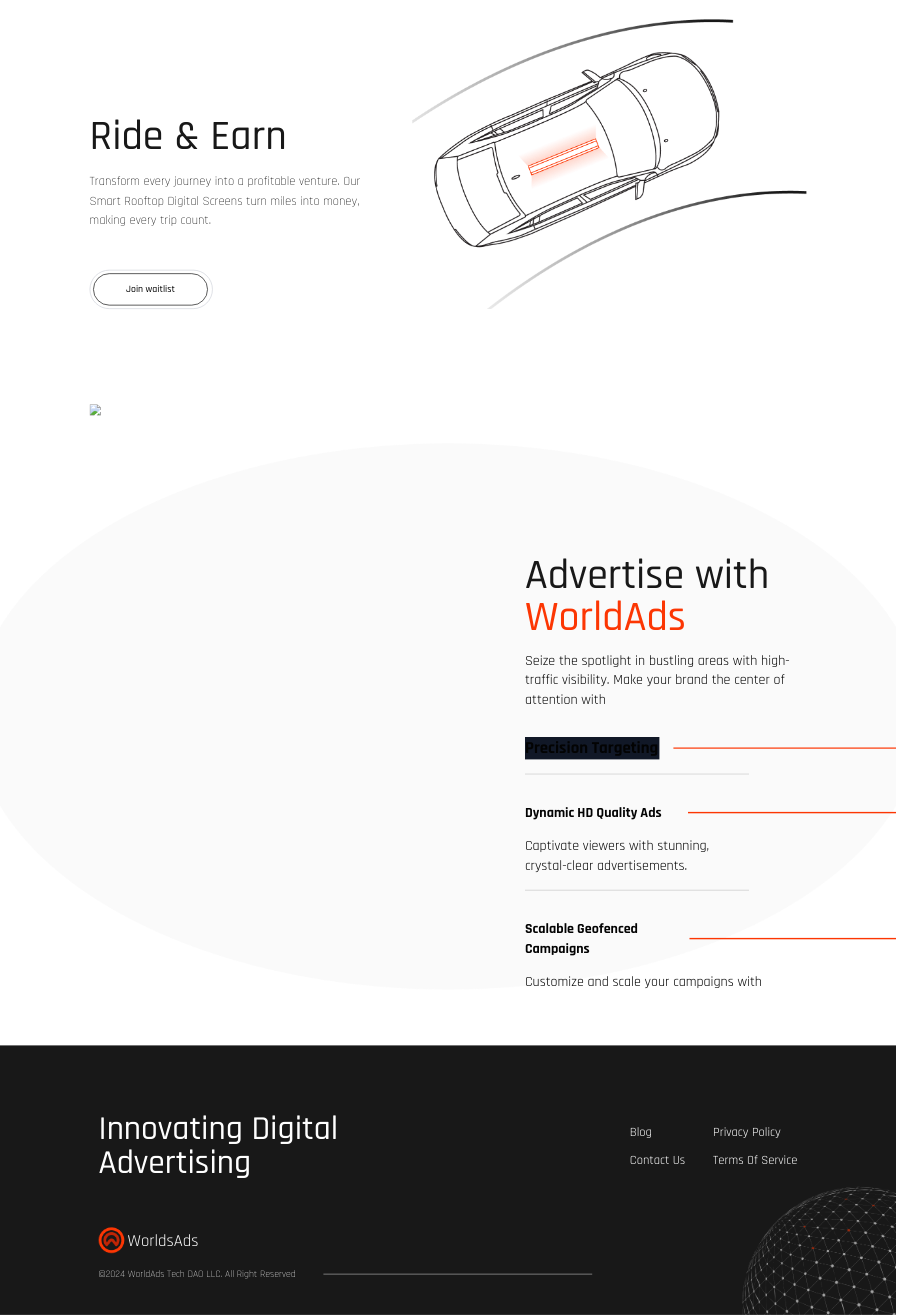
Repository: Abdul-Hannan232/worldAds
Page: /
An editor plug-in stored every save of this project. The page is shown before and after the next save, followed by the edit.
The browser window is 1280 px wide. The page is 1283 px wide, so the pictures cover 1283 px, including what lies to the right of the window. The pictures show the part of the page from y = 2099 to 3979 px (the page is 3979 px tall), at 70% of full size.
An inner scrolling area shows only its first screen. The project was rebuilt for these pictures with package versions that can differ from the ones it lists, and the page was loaded fresh each time. The framework's server and built-in components were replaced by stand-ins that run in the browser. Also part of the build but not shown: next.config.mjs, app/component/NavContent.jsx.

Above is the page before, as saved 2024-05-09 20:32:00.

### app/page.tsx
import Image from "next/image";
import Header from "./component/Header"
import Main from "./component/Main";
import NavContent from "./component/NavContent";
import Advertise from "./component/advertise"
import Footer from "./component/footer"
import NodeOperator  from "./component/nodeOperator"
import RideEarn from "./component/rideEarn"
export default function Home() {
  return (
    <>
      <div>
        <Header />
        <Main />

        <NodeOperator/>
     <RideEarn/>
      <Advertise/>
      <Footer/>
      </div>
    </>
  );
}

### app/globals.css
@import url('https://fonts.googleapis.com/css2?family=Exo+2:ital,wght@0,100..900;1,100..900&family=Rajdhani:wght@300;400;500;600;700&display=swap');

@tailwind base;
@tailwind components;
@tailwind utilities;
html{
  scroll-behavior: smooth;
}
*{
  font-family: "Rajdhani", sans-serif;
  font-weight: 400;
  font-style: normal;
}
.background{
  background-image: url("/background.png");
  background-position: center;
  background-repeat: no-repeat;
  background-size: cover;

}
:root {
  --foreground-rgb: 0, 0, 0;
  --background-start-rgb: 214, 219, 220;
  --background-end-rgb: 255, 255, 255;
}

@media (prefers-color-scheme: dark) {
  :root {
    --foreground-rgb: 255, 255, 255;
    --background-start-rgb: 0, 0, 0;
    --background-end-rgb: 0, 0, 0;
  }
}

/* body {
  color: rgb(var(--foreground-rgb));
  background: linear-gradient(
      to bottom,
      transparent,
      rgb(var(--background-end-rgb))
    )
    rgb(var(--background-start-rgb));
} */

@layer utilities {
  .text-balance {
    text-wrap: balance;
  }
}

@font-face {
  font-family: 'font1';
  src: url('/assets/fonts/conthrax-sb.otf');
}

.font1{
  font-family: "font1" !important;
}

*{
  box-sizing: border-box !important
}

.gradient-color{
  background: radial-gradient(50% 50% at 50% 50%, #FC3603 11%, #BF2506 100%) !important;

}

### app/component/Header.jsx
"use client"
import React, { useState, useEffect } from 'react';
import NavContent from './NavContent';
import { RxCross2 } from "react-icons/rx";

const Header = () => {
    const [isDrawerOpen, setIsDrawerOpen] = useState(false);
    const [isHeaderFixed, setIsHeaderFixed] = useState(false);
    const [open, setOpen] = useState(false);

    const handleDrawerToggle = () => {
        setIsDrawerOpen(!isDrawerOpen);
        console.log('Drawer open state:', isDrawerOpen);
    };

    const dropDownOpen = () => {
        setOpen(!open);
    }

    useEffect(() => {
        const handleScroll = () => {
            const scrollPosition = window.scrollY;

            if (scrollPosition > 10) {
                setIsHeaderFixed(true);
            } else {
                setIsHeaderFixed(false);
            }
        };

        window.addEventListener('scroll', handleScroll);

        return () => {
            window.removeEventListener('scroll', handleScroll);
        };
    }, []);

    const scrollToSection = (sectionId) => {
        const section = document.getElementById(sectionId);
        if (section) {
            const topOffset = section.offsetTop;
            const windowHeight = window.innerHeight;
            const scrollTo = topOffset - (windowHeight / 2 - section.offsetHeight / 2);
            window.scrollTo({ top: scrollTo, behavior: 'smooth' });
        }
    };

    return (
        <div className={`fixed w-full z-40 ${isHeaderFixed ? 'bg-red-600 py-5 lg:p-5' : 'bg-transparent py-10 lg:p-10'}`}>
            <div className="relative w-[85%] mx-auto flex justify-between items-center bg-transparent">
                <img src="./assets/images/logo.png" alt="Logo" className="lg:w-52 lg:h-12 w-36 h-8" />

                <button
                    className="bg-[#FFFFFF1A] border-2 border-white lg:px-6 lg:py-3 px-3 py-1 hover:border rounded-[100px]"
                    type="button"
                    onClick={dropDownOpen}
                >
                    {open && (
                        <div className="absolute top-0 right-0 border-2 bg-red-600 border-white rounded-full p-2">
                            <ul className="px-5 flex items-center space-x-5 text-lg text-white justify-between">
                                <li><a href="#">About</a></li>
                                <li><a href="#nodeOperator" onClick={() => scrollToSection('nodeOperator')}>Node Operators</a></li>
                                <li><a href="#ride">Ride & Earn</a></li>
                                <li><a href="#advertise">Advertise With WorldAds</a></li>
                                <li><RxCross2 className="text-2xl font-bold" /></li>
                            </ul>
                        </div>
                    )}

                    <img src="./assets/images/bars.svg" alt="Menu" className="w-6" />
                </button>
            </div>
        </div>
    );
};

export default Header;

### app/component/Main.jsx
import React from 'react'

const Main = () => {
    return (
        <>
            <div className='gradient-color h-[700px] w-full rounded-b-[60px] lg:pt-40 pt-24 px-5  sm:px-16 pb-14 relative  '>
                <div className="lg:w-[90%] w-[95%] mx-auto">


                    <div className="lg:flex lg:items-center justify-between ">

                        <div className="my-4">
                            <h1 className="lg:text-5xl text-2xl  lg:w-[650px] lg:text-start text-center text-white font1 ">Empowering Connections Through Digital Out-of-Home Advertising</h1>



                        </div>

                        <div className='my-4'>

                            <p className='text-white text-left font-light lg:text-sm text-xs lg:text-start text-center lg:w-[300px]'>At Worldads, weare revolutionizing location-based advertising by harnessing the power of smart rooftop digital screens. Our innovative platform delivers programmatic advertisements that are not only precise but also captivating, tailored to the vehicles exact location and time.</p>
                        </div>
                    </div>

                    <div class="relative lg:w-[550px]  rounded-[100px] mt-10">

                        <input type="text" id="default-search" className="block w-full lg:p-5 p-3  -10 lg:text-sm text-xs text-gray-900 bg-[#FFFFFF1A] border border-white focus:ring-white focus:border-white rounded-[100px] placeholder:text-[#FFFFFF80] " placeholder="Enter your email address" required />
                        <button type="submit" className=" absolute end-1 top-1 font-bold bg-white hover:bg-white-800 focus:ring-4 font-bold focus:outline-none focus:ring-none font-medium rounded-[100px] lg:text-sm text-xs lg:px-8 px-5 lg:py-4 py-2">Join waitlist</button>
                    </div>

                 <div className='relative'>

                    <div className="flex items-center gap-3 lg:mt-40 mt-5 lg:justify-start justify-center ">
                            <img src="./assets/images/discord.png" />
                            <div>
                                <p className="text-white text-sm">Stay updated.</p>
                                <p className="text-white font-bold text-sm">Join our discord community</p>
                            </div>
                        </div>
                        <img src="./assets/images/Vector(Black).png" className="text-white absolute  lg:-top-52 right-0 top-14" />

                    </div>
                </div>
            </div>
        </>
    )
}

export default Main

### app/component/advertise.jsx
"use client"
import Image from "next/image";
import { useState } from "react";
export default function Advertise() {
  const [precision, setPrecision] = useState(false)
  const precisionOpen = () => {
    setPrecision(!precision)
  }

  return (
    <div className="">
      <div id="advertise" className="xl:pl-32 2xl:pl-40   lg:flex lg:mt-48 mt-32 w-full background gap-24">
        <div className="-mt-14">
          <Image src="" alt="image" width={226} height={426} className="lg:w-[526px] lg:h-[726px] 2xl:w-[650px] 2xl:h-[926px]  lg:mx-0 mx-auto" />
        </div>
        <div className="lg:w-[60%] w-[90%]  lg:mx-0 mx-auto lg:mt-40 mt-10">
          <h1 className="xl:text-6xl text-5xl 2xl:text-8xl lg:text-start text-center font-medium text-[#181818]">Advertise with</h1>
          <h1 className="xl:text-6xl text-5xl 2xl:text-8xl lg:text-start text-center font-medium text-[#FC3603]">WorldAds</h1>
          <p className="xl:text-xl lg:text-lg text-sm 2xl:text-2xl lg:w-[400px] 2xl:w-[600px] mt-4 lg:text-start text-center text-[#030303]">Seize the spotlight in bustling areas with high-traffic visibility. Make your brand the center of attention with</p>
          <div className="h-[400px] overflow-scroll w- ">
            <div className="flex items-center lg:justify-start justify-center w-full gap-5  mt-10">
              <h1 onClick={precisionOpen} className={`${precision?"xl:text-3xl text-gray-600":"xl:text-2xl text-[#030303]"} cursor-pointer lg:text-2xl lg:text-start text-center  text-2xl 2xl:text-6xl xl:w-80 bg-gray-900 lg:w-[60%]  2xl:w-[90%] font-bold `}>Precision Targeting</h1>
              <hr className="border w-full lg:block hidden  border-[#FC3603]" />
            </div>
            {precision && (
              <p className="lg:text-xl text-sm 2xl:text-2xl lg:w-80 lg:text-start w-40 lg:mx-0 mx-auto text-center mt-5"> Reach your ideal audience at the right time and place.</p>

            )}
            <hr className="border lg:border-[#7E7E7E33]  border-[#FC3603] lg:w-80 w-60 lg:mx-0 mx-auto my-5" />
            <div className="flex items-center lg:justify-start justify-center gap-5 w-full mt-10">
              <h1 className="xl:text-xl lg:text-2xl  text-2xl  2xl:text-6xl font-bold lg:text-start text-center  xl:w-[50%] lg:w-[45%] 2xl:w-[60%] text-[#030303]">Dynamic HD Quality Ads</h1>
              <hr className="border  w-[370px] lg:block hidden 2xl:w-[400px] border-[#FC3603]" />
            </div>
            <p className="lg:text-xl text-sm 2xl:text-2xl lg:w-80 w-52 lg:mx-0 mx-auto  lg:text-start text-center mt-5">Captivate viewers with stunning, crystal-clear advertisements.</p>
            <hr className="border lg:border-[#7E7E7E33]  border-[#FC3603] lg:w-80 w-60 lg:mx-0 mx-auto my-5" />
            <div className="flex items-center lg:justify-start justify-center w-full mt-10">
              <h1 className="xl:text-xl lg:text-3xl  text-2xl  2xl:text-6xl font-bold lg:text-start text-center  xl:w-[80%] lg:w-[60%] 2xl:w-full text-[#030303]">Scalable Geofenced Campaigns</h1>
              <hr className="border  w-full lg:block hidden border-[#FC3603]" />
            </div>
            <p className="lg:text-xl text-sm 2xl:text-2xl  lg:text-start text-center  w-40 lg:mx-0 mx-auto   lg:w-96 mt-5">  Customize and scale your campaigns with precision.</p>
            <hr className="border lg:border-[#7E7E7E33]  border-[#FC3603] lg:w-80 w-60 lg:mx-0 mx-auto my-5" />
            <div className="border border-gray-300 xl:mt-14 mt-10 rounded-full lg:mx-0 mx-auto  xl:w-44 w-36 ">
              <button className="text-center text-sm border xl:p-3 md:p-3 p-2 rounded-full  xl:w-[164px] w-[133px] font-medium m-1 border-[#181818]">Join waitlist</button>
            </div>
          </div>
        </div>

      </div>
    </div>
  )
}

### app/component/footer.jsx
import Image from "next/image"
export default function Footer() {
    return (
        <div className="bg-[#181818] ] w-full mt-20 lg:py-12 pt-12 lg:p-4">
            <div className="lg:w-[80%] w-[90%] lg:flex items-center justify-between mx-auto py-12" >
                <div>
                    <h1 className="lg:text-5xl text-3xl  lg:w-[500px] w-[250px] lg:mx-0 mx-auto font-medium lg:text-start text-center text-white">Innovating Digital Advertising</h1>
                </div>
                <div className="lg:flex text-white lg:mt-0 mt-10 items-center gap-10">
                    <div>
                        <ul className="text-lg lg:text-start text-center space-y-3">
                            <li>Blog</li>
                            <li>Contact Us</li>
                        </ul>
                    </div>
                    <div>
                        <ul className="text-lg lg:mt-0 mt-3 lg:text-start text-center space-y-3">
                            <li>Privacy Policy</li>
                            <li>Terms Of Service</li>
                        </ul>
                    </div>
                </div>
            </div>
            <div className="text-white relative mx-auto mt-5 lg:w-[80%]">
                <div className="flex items-center gap-1 w-40 lg:w-[80%] lg:mx-0 mx-auto">
                    <Image src="/Group.png" alt="logo" width={37.49} height={37.49}  className="lo "/>
                    <h1 className="text-2xl font-meidum">WorldsAds</h1>
                </div>
                <div className="flex items-center lg:justify-start w-[90%] lg:mx-0 mx-auto lg:w-[80%] justify-center mt-5 gap-10">
                    <p className="lg:text-sm text-[12px] lg:text-start text-center  font-light ">©2024 WorldAds Tech DAO LLC. All Right Reserved </p>
                    <hr className="border lg:block hidden border-[#707070] w-96" />
                </div>
                <Image src="/FooterImage.png" alt="vector" width={231.11} height={231.11} className="absolute lg:-top-16 lg:block hidden z-20 lg:-right-36 "/>
                <Image src="/FooterImage (1).png" alt="vector" width={551.11} height={451.11} className=" lg:hidden block mt-10 "/>

            </div>
        </div>
    )
}

### app/component/nodeOperator.jsx
import React from 'react'
import Image from 'next/image'
const nodeOperator = () => {
    return (
        <>
            <div id="nodeOperator" className="lg:flex w-[80%] mt-80 h-screen mx-auto items-end justify-between">
                <div >
                    <Image src="/Group 1.png" alt="Image" width={203} height={207} className="lg:w-[493px] lg:h-[497px] lg:mx-0 mx-auto " />
                </div>
                <div  className="xl:w-[500px]  md:w-[400px] lg:mt-0 mt-10 lg:mx-0 mx-auto">
                    <h1 className="xl:text-6xl md:text-5xl text-3xl font-medium lg:text-start text-center text-[#181818]">Node operators</h1>
                    <p className="xl:text-xl lg:text-sm text-md font-light lg:w-auto md:w-80  lg:text-sm md:text-md text-xs  lg:mx-0 mx-auto text-[#030303] lg:text-start text-center mt-5">Become a cornerstone of digital advertising. Own a smart digital screen and start earning as advertisers choose your prime ad slots.</p>
                    <div className="border border-gray-300 xl:mt-14 mt-10 rounded-full lg:mx-0 mx-auto  xl:w-44 w-36 ">
                        <button className="text-center text-sm border xl:p-3 md:p-3 p-2 rounded-full  xl:w-[164px] w-[133px] font-medium m-1 border-[#181818]">Join waitlist</button>
                    </div>
                </div>
            </div>


            </>
  )
}

export default nodeOperator

### app/component/rideEarn.jsx
import React from 'react'
import Image from "next/image";

const rideEarn = () => {
  return (
    <div>
         <div id="ride"className="flex lg:flex-row flex-col-reverse h-screen w-[80%] mt-20 mx-auto items-end justify-between">
          <div className="xl:w-[410px] md:w-[400px] lg:mt-0 mt-10 lg:mx-0 mx-auto">
            <h1 className="xl:text-6xl md:text-5xl text-3xl font-medium lg:text-start text-center text-[#181818]">Ride & Earn</h1>
            <p className="xl:text-lg lg:w-auto md:w-80  lg:text-sm md:text-md text-xs font-light lg:w-auto  lg:mx-0 mx-auto text-[#030303] lg:text-start text-center mt-5">Transform every journey into a profitable venture. Our Smart Rooftop Digital Screens turn miles into money, making every trip count.</p>
            <div className="border border-gray-300 xl:mt-14 mt-10 rounded-full lg:mx-0 mx-auto  xl:w-44 w-36 ">
              <button className="text-center text-sm border xl:p-3 md:p-3 p-2 rounded-full  xl:w-[164px] w-[133px] font-medium m-1 border-[#181818]">Join waitlist</button>
            </div>
          </div>
          <div >
            <Image src="/GroupCroped.png" alt="Image" width={453} height={357} className="lg:w-[563.48px] lg:h-[450.27px] lg:mx-0 mx-auto " />
          </div>
        </div>
    </div>
  )
}

export default rideEarn

Loaded but not shown: app/layout.tsx (common file); tailwind.config.ts (common file)

After the next save:
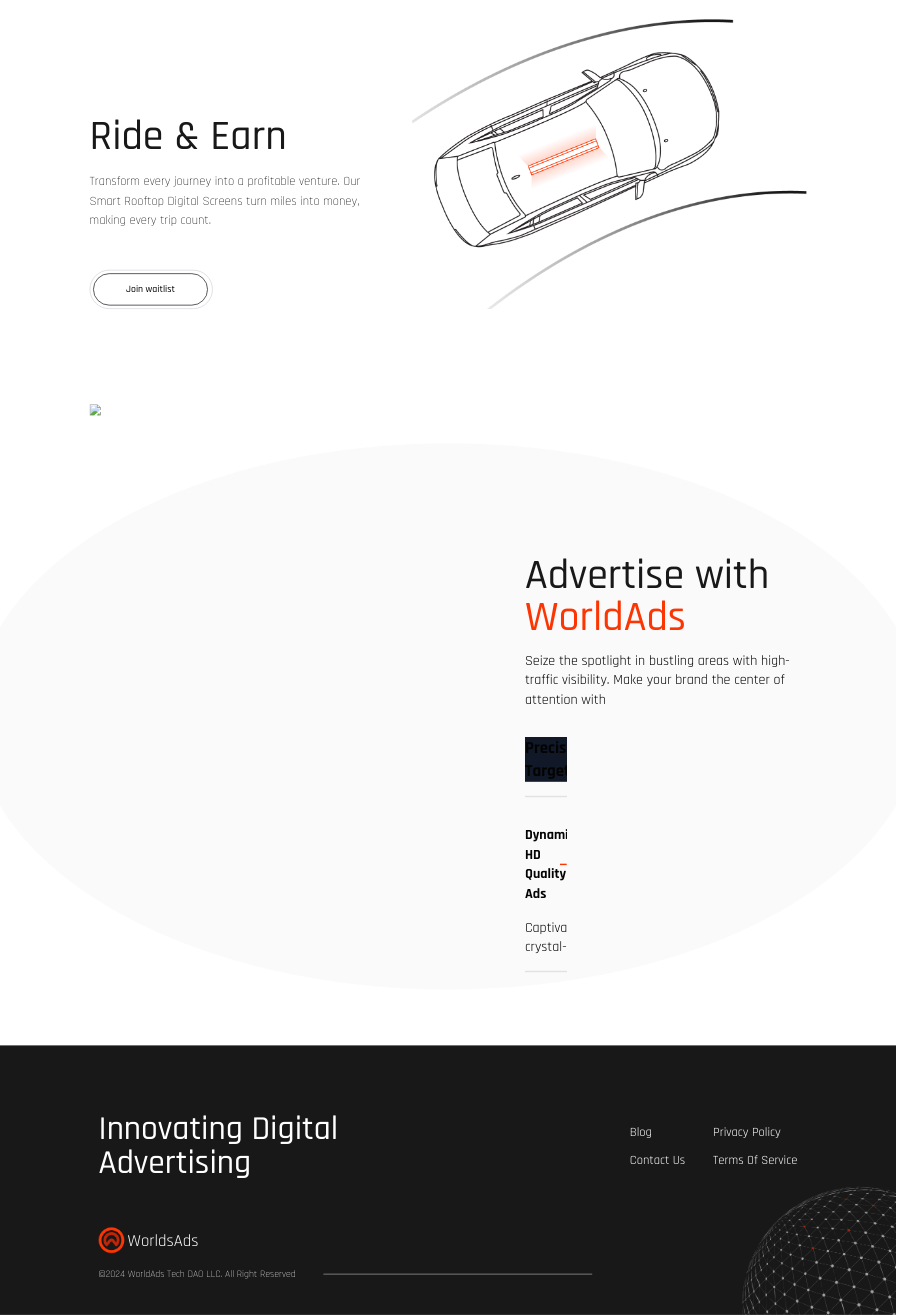
Saved 4 s later.
--- a/app/component/advertise.jsx
+++ b/app/component/advertise.jsx
@@ -17,7 +17,7 @@
           <h1 className="xl:text-6xl text-5xl 2xl:text-8xl lg:text-start text-center font-medium text-[#181818]">Advertise with</h1>
           <h1 className="xl:text-6xl text-5xl 2xl:text-8xl lg:text-start text-center font-medium text-[#FC3603]">WorldAds</h1>
           <p className="xl:text-xl lg:text-lg text-sm 2xl:text-2xl lg:w-[400px] 2xl:w-[600px] mt-4 lg:text-start text-center text-[#030303]">Seize the spotlight in bustling areas with high-traffic visibility. Make your brand the center of attention with</p>
-          <div className="h-[400px] overflow-scroll w- ">
+          <div className="h-[400px] overflow-scroll w-[60px] ">
             <div className="flex items-center lg:justify-start justify-center w-full gap-5  mt-10">
               <h1 onClick={precisionOpen} className={`${precision?"xl:text-3xl text-gray-600":"xl:text-2xl text-[#030303]"} cursor-pointer lg:text-2xl lg:text-start text-center  text-2xl 2xl:text-6xl xl:w-80 bg-gray-900 lg:w-[60%]  2xl:w-[90%] font-bold `}>Precision Targeting</h1>
               <hr className="border w-full lg:block hidden  border-[#FC3603]" />
